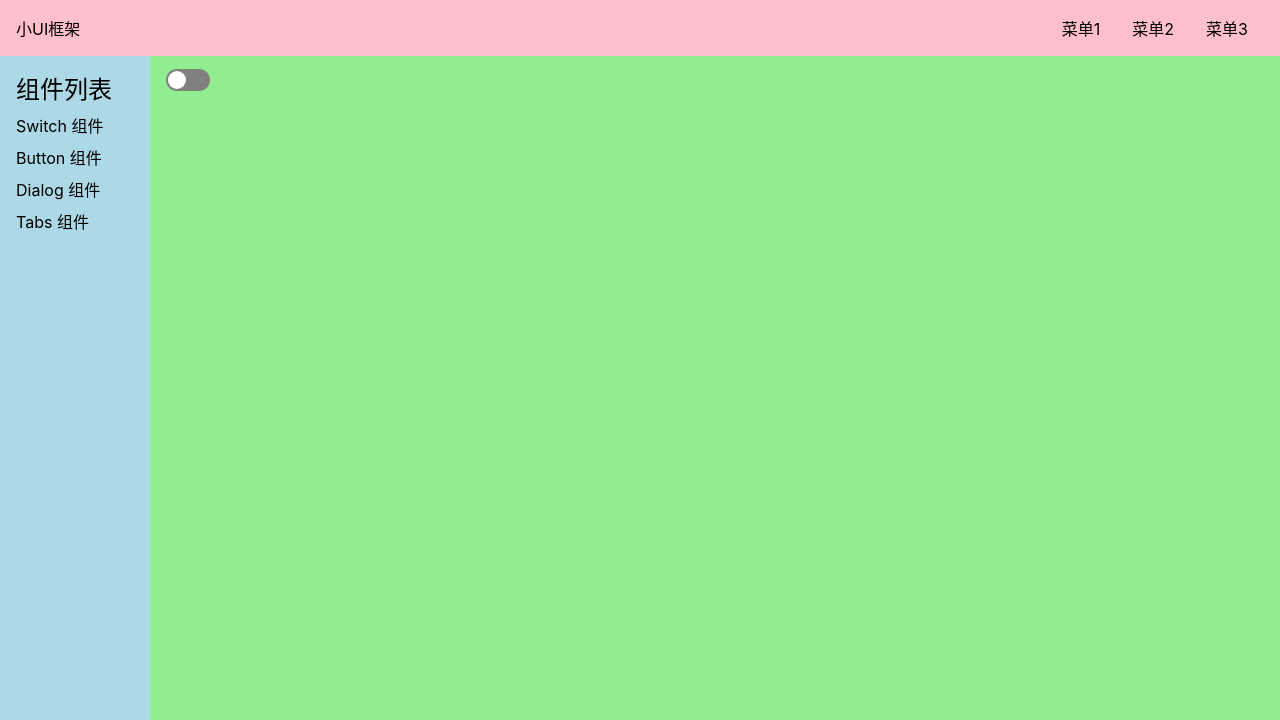
Repository: huming3272/Smile-UI
Page: /#/doc/switch
These files come from the project's save history. The page is drawn as it stood at one moment and after the next save; the edit follows.
The browser window is 1280 px wide. The pictures show the whole page.
The project was rebuilt for these pictures with package versions that can differ from the ones it lists, and the page was loaded fresh each time. Also part of the build but not shown: src/views/Home.vue, src/components/ButtonDemo.vue, src/components/DialogDemo.vue, src/components/TabsDemo.vue, src/components/DocDemo.vue.

Above is the page before, as saved 2021-11-02 19:16:44.

### src/main.ts
import { createApp } from 'vue'
import App from './App.vue'
import './index.scss'
import router from './router/index'

const app = createApp(App)
app.use(router)
app.mount('#app')

### src/App.vue
<template>
  <router-view/>
</template>

<script lang='ts'>
import {ref,provide} from 'vue'
import router from './router/index'

export default {
  name: 'App',
  setup(){
    const width = document.documentElement.clientWidth;
    //获取窗口宽度
    const menuVisible = ref(width <= 500 ? false : true);
    const toggleAside = ref(false)


    //检测窗口宽度
    //定义初值，类似vue2的data

    provide('menuVisible',menuVisible)//set
    //provide提供menuVisible给全局
    provide('toggleAside',toggleAside)



  },


}
</script>
<style lang="scss">
  *{
    padding: 0;
    margin: 0;
    list-style: none;

  }
</style>

### src/index.scss
* {
  margin: 0;
  padding: 0;
  box-sizing: border-box;
}
ul,
ol {
  list-style: none;
}
a {
  text-decoration: none;
  color: inherit;
  &:hover {
    border-bottom: 1px solid;
    cursor:pointer;
  }
}
h1,h2,h3,h4,h5,h6{
  font-weight: normal;
}
body{
  font-size: 16px;
  font-family: -apple-system, "Noto Sans", "Helvetica Neue", Helvetica, "Nimbus Sans L", Arial, "Liberation Sans", "PingFang SC", "Hiragino Sans GB", "Noto Sans CJK SC", "Source Han Sans SC", "Source Han Sans CN", "Microsoft YaHei", "Wenquanyi Micro Hei", "WenQuanYi Zen Hei", "ST Heiti", SimHei, "WenQuanYi Zen Hei Sharp", sans-serif;
}

### src/router/index.ts
import {createWebHashHistory,createRouter} from 'vue-router'
import Home from '../views/Home.vue'
import Doc from '../views/Doc.vue'
import Switch from '../components/SwitchDemo.vue'
import Button from '../components/ButtonDemo.vue'
import Dialog from '../components/DialogDemo.vue'
import Tabs from '../components/TabsDemo.vue'
import DocDemo from '../components/DocDemo.vue'

const history = createWebHashHistory()
// hash型路由
 const router = createRouter(
// 创建路由器
    {
    history:history,
    routes:[
        {path:'/',component:Home},
        {path:'/doc',component:Doc,
        children:[
            {path:'',component:DocDemo},
            {path:'switch',component:Switch},
            {path:'button',component:Button},
            {path:'Dialog',component:Dialog},
            {path:'Tabs',component:Tabs},
        ]},

    ]
}
)


export default router

### src/views/Doc.vue
<template>
  <div class="layout">
    <Topnav class="nav"></Topnav>
    <div class="content">
      <aside v-if="menuVisible">
        <h2>
          <router-link to='/doc'>
            组件列表
          </router-link>
        </h2>
        <ol>
          <li>
            <router-link to="/doc/switch">Switch 组件</router-link>
          </li>
          <li>
            <router-link to="/doc/button">Button 组件</router-link>
          </li>
          <li>
            <router-link to="/doc/dialog">Dialog 组件</router-link>
          </li>
          <li>
            <router-link to="/doc/tabs">Tabs 组件</router-link>
          </li>
        </ol>
      </aside>
      <main>
        <router-view></router-view>
      </main>
    </div>
  </div>
</template>
<script lang="ts">
import Topnav from "../components/Topnav.vue";
import {inject,Ref} from 'vue'
import  router  from '../router/index';
export default {
  components: {
    Topnav,
  },
  setup(){
    //setup函数是处于 生命周期函数 beforeCreate 和 Created 两个钩子函数之前的函数,类似用函数定义vue2的data
    const menuVisible = inject<Ref<boolean>>('menuVisible') //get
    const toggleAside = inject<Ref<boolean>>('toggleAside')
    toggleAside.value = true
    //引入名为menuVisible
    router.afterEach((to, from) => {

      // menuVisible.value = false
    })

    return {menuVisible}
    // return 暴露出去，才能在这个文件中使用menuVisible

  },
  methods: {

  }

};
</script>
<style lang="scss" scoped>
.layout {
  display: flex;
  flex-direction: column;
  height: 100vh;
  > .nav {
    flex-shrink: 0;
  }
  > .content {
    flex-grow: 1;
    padding-top: 53px;
    padding-left: 150px;
    @media (max-width: 500px) {
      padding-left: 0;
    }
  }
}
.content {
  display: flex;
  > aside {
    flex-shrink: 0;
  }
  > main {
    flex-grow: 1;
    padding: 16px;
    background: lightgreen;
  }
}
aside {
  background: lightblue;
  width: 150px;
  padding: 16px;
  position: fixed;
  top: 0;
  left: 0;
  padding-top: 70px;
  height: 100%;
  > h2 {
    margin-bottom: 4px;
  }
  > ol {
    > li {
      padding: 4px 0;
    }
  }
  @media (max-width: 500px) {
    position: fixed;
    top: 0;
    left: 0;
    padding-top: 70px;
  }
}
main {
  overflow: auto;
}
</style>

### src/components/SwitchDemo.vue
<template>
  <div>
    <ul>
      <Switch :value="y" @input="y = $event"/>
    </ul>
  </div>
</template>
<script lang="ts">
import {inject,Ref,ref} from 'vue'
import Switch from '../lib/Switch.vue'
export default {
  name: "switch",
  components:{
    Switch
  },
  setup(){
    const y = ref(false)
    return{
      y
    }
  }
};
</script>

### src/components/Topnav.vue
<template>
  <div class="topnav">
    <router-link class="logo" to='/' >小UI框架</router-link>
    <ul class="menu">
      <li>菜单1</li>
      <li>菜单2</li>
      <li>菜单3</li>
    </ul>
    <span class="toggleAside" v-if="toggleAside"  @click="toggleMenu">333</span>
  </div>
</template>
<script lang="ts">
import {inject,Ref} from 'vue'
import router from '../router/index'
export default {
  setup(){

    const menuVisible = inject<Ref<boolean>>('menuVisible') //get
    const toggleAside = inject<Ref<boolean>>('toggleAside')
    //inject<Ref<boolean>>('menuVisible')
    //从全局引入menuVisible为boolean类型的Ref参数
    // menuVisible变量可以认为是data里的
    const toggleMenu = ()=>{
      // router.push('/doc')
      menuVisible.value = !menuVisible.value
      //这里类似methods

    }
    router.afterEach((to,from) => {
      if(to.path==='/'){
        toggleAside.value = false
      }

    });
    return {toggleMenu,toggleAside}
  }
}
</script>
<style lang="scss" scoped>
.topnav {
  background: pink;
  display: flex;
  padding: 16px;
  position: fixed;
  top: 0;
  left: 0;
  width: 100%;
  z-index: 10;
  justify-content: center;
  align-items: center;
  > .logo {
    display:block;
    max-width: 6em;
    margin-right: auto;
  }
  > .menu {
    display: flex;
    white-space: nowrap;
    flex-wrap: nowrap;
    > li {
      margin: 0 1em;
    }

  }
  >.toggleAside {
    width: 24px;
    height: 24px;
    background: red;
    border:1px solid red;
    position: absolute;
    left: 16px;
    top: 50%;
    transform: translateY(-50%);
    display: none;
  }

  @media (max-width: 500px) {
    > .menu {
      display: none;
    }
    > .toggleAside {
      display: block;
    }
    > .logo {
      margin: 0 auto;
    }

  }
}
</style>

### src/lib/Switch.vue
<template>
    <button @click="toggle" :class="{'checked':value}">
        <span></span>
    </button>
</template>
<script lang="ts">
import {ref} from 'vue'
export default {
    props:{
        value: Boolean,
    },
    setup(props,context){
        const toggle = ()=>{
            console.log('value',props.value)
            context.emit('input',!props.value)

        }
        return {toggle}
    }
}
</script>
<style lang="scss" scoped>
    $h: 22px;
    $h2: $h - 4px;
  button{
    outline:none;
    height: $h;
    width: $h*2;
    border: none;
    background: grey;
    border-radius: $h/2;
    position: relative;
    transition: background-color 500ms;
    span{
    position: absolute;
    top: 2px;
    left: 2px;
    height: $h2;
    width: $h2;
    background:white;
    transition: left 250ms;
    border-radius: $h2 / 2;
    }
  }
  button.checked{
      background: blue;
  }
  button.checked > span{
      left: calc(100% - #{$h2} - 2px);
  }

</style>

Loaded but not shown: index.html (common file)

After the next save:
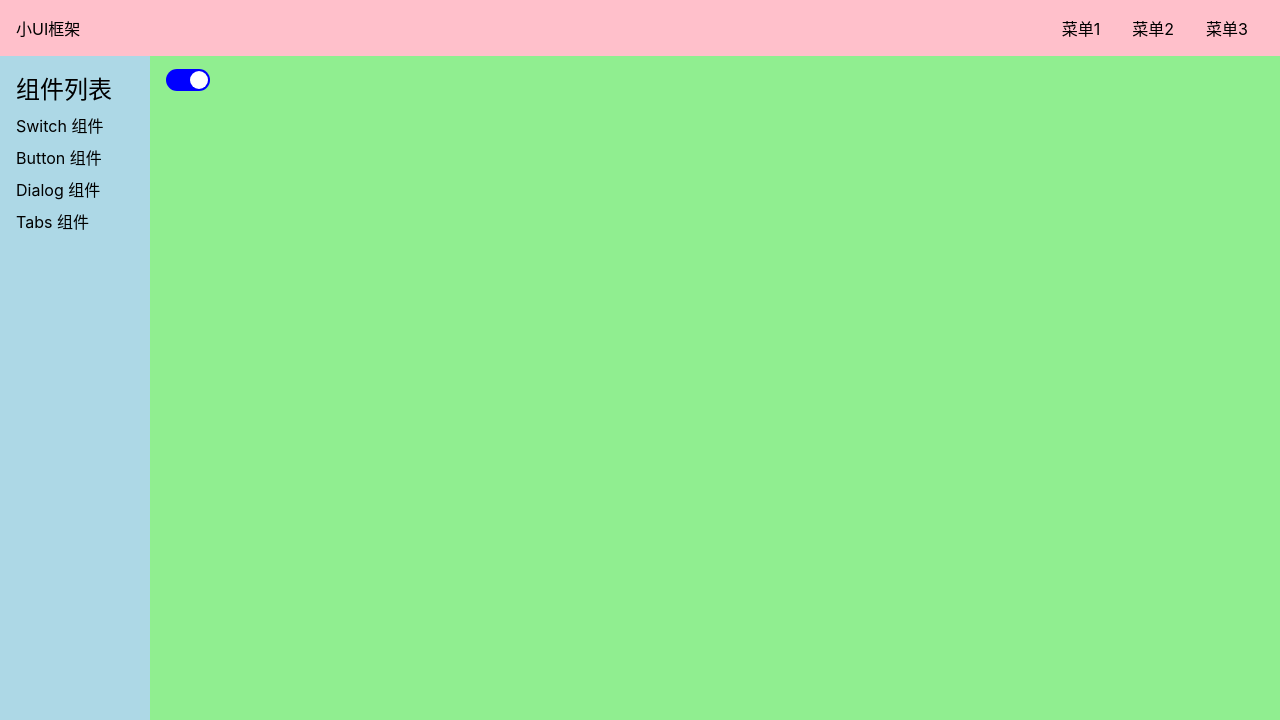
Saved 59 s later.
--- a/src/components/SwitchDemo.vue
+++ b/src/components/SwitchDemo.vue
@@ -14,7 +14,7 @@ export default {
     Switch
   },
   setup(){
-    const y = ref(false)
+    const y = ref(true)
     return{
       y
     }
